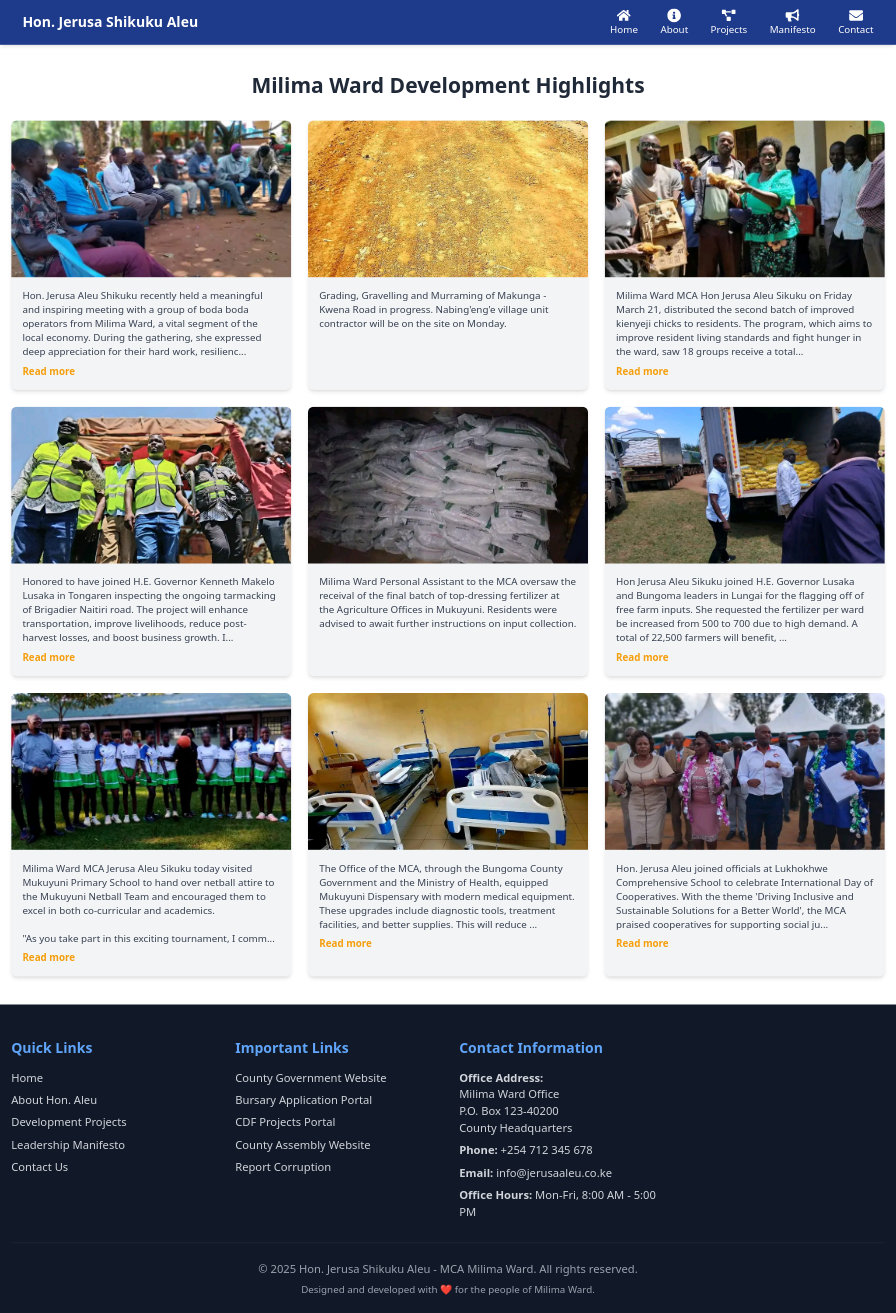
Repository: Engineer-collo/Hon_Jerusa_Shikuku_Aleu
Page: /projects
An editor plug-in stored every save of this project. The page is shown before and after the next save, followed by the edit.
The browser window is 1280 px wide. The pictures show the whole page, at 70% of full size.
The project was rebuilt for these pictures with package versions that can differ from the ones it lists, and the page was loaded fresh each time. Also part of the build but not shown: vite.config.js, src/Hero.jsx, src/Home.jsx, src/About.jsx, src/Manifesto.jsx, src/Contact.jsx.

Above is the page before, as saved 2025-07-18 18:09:02.

### index.html
<!DOCTYPE html>
<html lang="en">
<head>
  <meta charset="UTF-8">
  <meta name="viewport" content="width=device-width, initial-scale=1.0">
  <title>React Vite Starter</title>
</head>
<body class="bg-gray-100">
  <div id="root"></div>
  <script type="module" src="/src/main.jsx"></script>
</body>
</html>

### src/main.jsx
import React from 'react'
import ReactDOM from 'react-dom/client'
import './index.css'
import App from './App'

ReactDOM.createRoot(document.getElementById('root')).render(
  <React.StrictMode>
    <App />
  </React.StrictMode>,
)

### src/App.jsx
import React from 'react';
import { BrowserRouter as Router, Routes, Route } from 'react-router-dom';
import Footer from './Footer';
import Navbar from './Navbar';
import Homepage from './Home';
import About from './About';
import Projects from './Projects';
import Manifesto from './Manifesto';
import Contact from './Contact';

function App() {
  return (
    <Router>
      <div className="min-h-screen w-full overflow-x-hidden bg-gray-50 flex flex-col">
        <Navbar />
        <div className="flex-1 flex flex-col">
          <Routes>
            <Route path="/" element={<Homepage />} />
            <Route path="/about" element={<About />} />
            <Route path="/projects" element={<Projects />} />
            <Route path="/manifesto" element={<Manifesto />} />
            <Route path="/contact" element={<Contact />} />
          </Routes>
        </div>
        <Footer />
      </div>
    </Router>
  );
}

export default App;

### src/Footer.jsx
import React from 'react';
import { Link } from 'react-router-dom';

const Footer = () => {
  return (
    <footer className="bg-gray-900 text-white pt-12 pb-6 w-full">
      <div className="w-full px-4">
        <div className="grid grid-cols-1 md:grid-cols-2 lg:grid-cols-4 gap-8 w-full">


          {/* Quick Links */}
          <div>
            <h3 className="text-xl font-bold mb-4 text-blue-400">Quick Links</h3>
            <ul className="space-y-2">
              <li>
                <Link to="/" className="text-gray-300 hover:text-white transition-colors duration-300">
                  Home
                </Link>
              </li>
              <li>
                <Link to="/about" className="text-gray-300 hover:text-white transition-colors duration-300">
                  About Hon. Aleu
                </Link>
              </li>
              <li>
                <Link to="/projects" className="text-gray-300 hover:text-white transition-colors duration-300">
                  Development Projects
                </Link>
              </li>
              <li>
                <Link to="/manifesto" className="text-gray-300 hover:text-white transition-colors duration-300">
                  Leadership Manifesto
                </Link>
              </li>
              <li>
                <Link to="/contact" className="text-gray-300 hover:text-white transition-colors duration-300">
                  Contact Us
                </Link>
              </li>
            </ul>
          </div>

          {/* Important Links */}
          <div>
            <h3 className="text-xl font-bold mb-4 text-blue-400">Important Links</h3>
            <ul className="space-y-2">
              <li>
                <a href="#" className="text-gray-300 hover:text-white transition-colors duration-300">
                  County Government Website
                </a>
              </li>
              <li>
                <a href="#" className="text-gray-300 hover:text-white transition-colors duration-300">
                  Bursary Application Portal
                </a>
              </li>
              <li>
                <a href="#" className="text-gray-300 hover:text-white transition-colors duration-300">
                  CDF Projects Portal
                </a>
              </li>
              <li>
                <a href="#" className="text-gray-300 hover:text-white transition-colors duration-300">
                  County Assembly Website
                </a>
              </li>
              <li>
                <a href="#" className="text-gray-300 hover:text-white transition-colors duration-300">
                  Report Corruption
                </a>
              </li>
            </ul>
          </div>

          {/* Contact Info */}
          <div>
            <h3 className="text-xl font-bold mb-4 text-blue-400">Contact Information</h3>
            <address className="not-italic text-gray-300">
              <div className="mb-2">
                <strong>Office Address:</strong><br />
                Milima Ward Office<br />
                P.O. Box 123-40200<br />
                County Headquarters
              </div>
              <div className="mb-2">
                <strong>Phone:</strong> +254 712 345 678
              </div>
              <div className="mb-2">
                <strong>Email:</strong> info@jerusaaleu.co.ke
              </div>
              <div>
                <strong>Office Hours:</strong> Mon-Fri, 8:00 AM - 5:00 PM
              </div>
            </address>
          </div>
        </div>

        {/* Copyright */}
        <div className="border-t border-gray-800 mt-8 pt-6 text-center text-gray-400">
          <p>
            &copy; {new Date().getFullYear()} Hon. Jerusa Shikuku Aleu - MCA Milima Ward. All rights reserved.
          </p>
          <p className="mt-2 text-sm">
            Designed and developed with ❤️ for the people of Milima Ward.
          </p>
        </div>
      </div>
    </footer>
  );
};

export default Footer;

### src/Navbar.jsx
import React, { useState } from 'react';
import { Link } from 'react-router-dom';
import { FaHome, FaInfoCircle, FaProjectDiagram, FaBullhorn, FaEnvelope } from 'react-icons/fa';

const Navbar = () => {
  const [isOpen, setIsOpen] = useState(false);

  return (
    <nav className="bg-blue-900 text-white sticky top-0 z-50 shadow-md">
      <div className="max-w-7xl mx-auto px-4 sm:px-6 lg:px-8">
        <div className="flex justify-between h-16 items-center">
          {/* Logo / Name */}
          <div className="flex-shrink-0 text-xl font-bold">
            <Link to="/" className="hover:underline">Hon. Jerusa Shikuku Aleu</Link>
          </div>

          {/* Desktop Nav with icons on top */}
          <div className="hidden md:flex gap-8 items-center text-sm text-center">
            <Link to="/" className="flex flex-col items-center hover:text-amber-400 transition">
              <FaHome className="text-xl" />
              Home
            </Link>
            <Link to="/about" className="flex flex-col items-center hover:text-amber-400 transition">
              <FaInfoCircle className="text-xl" />
              About
            </Link>
            <Link to="/projects" className="flex flex-col items-center hover:text-amber-400 transition">
              <FaProjectDiagram className="text-xl" />
              Projects
            </Link>
            <Link to="/manifesto" className="flex flex-col items-center hover:text-amber-400 transition">
              <FaBullhorn className="text-xl" />
              Manifesto
            </Link>
            <Link to="/contact" className="flex flex-col items-center hover:text-amber-400 transition">
              <FaEnvelope className="text-xl" />
              Contact
            </Link>
          </div>

          {/* Mobile Toggle Button */}
          <div className="md:hidden">
            <button
              onClick={() => setIsOpen(!isOpen)}
              type="button"
              className="text-white focus:outline-none"
            >
              <svg className="h-6 w-6" fill="none" stroke="currentColor" viewBox="0 0 24 24">
                {isOpen ? (
                  <path strokeLinecap="round" strokeLinejoin="round" strokeWidth={2} d="M6 18L18 6M6 6l12 12" />
                ) : (
                  <path strokeLinecap="round" strokeLinejoin="round" strokeWidth={2} d="M4 6h16M4 12h16M4 18h16" />
                )}
              </svg>
            </button>
          </div>
        </div>
      </div>

      {/* Mobile Nav with inline icons */}
      {isOpen && (
        <div className="md:hidden px-4 pb-4 space-y-2 bg-blue-900">
          <Link to="/" className="flex items-center gap-2 hover:text-amber-400">
            <FaHome /> Home
          </Link>
          <Link to="/about" className="flex items-center gap-2 hover:text-amber-400">
            <FaInfoCircle /> About
          </Link>
          <Link to="/projects" className="flex items-center gap-2 hover:text-amber-400">
            <FaProjectDiagram /> Projects
          </Link>
          <Link to="/manifesto" className="flex items-center gap-2 hover:text-amber-400">
            <FaBullhorn /> Manifesto
          </Link>
          <Link to="/contact" className="flex items-center gap-2 hover:text-amber-400">
            <FaEnvelope /> Contact
          </Link>
        </div>
      )}
    </nav>
  );
};

export default Navbar;

Loaded but not shown: src/index.css (common file); tailwind.config.js (common file); src/Projects.jsx (371 lines, source omitted)

After the next save:
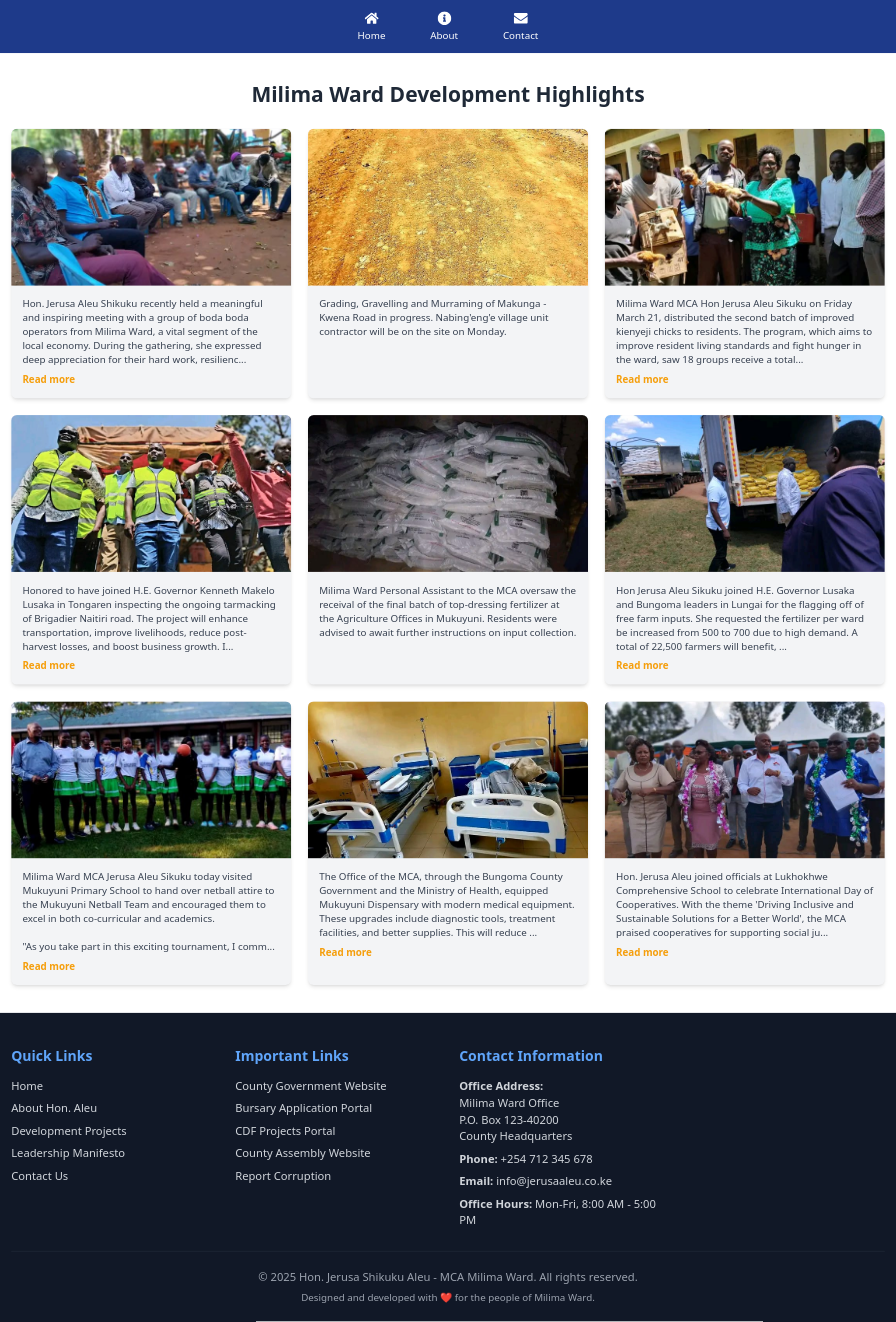
Saved 77 s later.
--- a/src/Navbar.jsx
+++ b/src/Navbar.jsx
@@ -1,83 +1,57 @@
 import React, { useState } from 'react';
 import { Link } from 'react-router-dom';
-import { FaHome, FaInfoCircle, FaProjectDiagram, FaBullhorn, FaEnvelope } from 'react-icons/fa';
+import { FaHome, FaInfoCircle, FaEnvelope, FaBars, FaTimes } from 'react-icons/fa';
 
 const Navbar = () => {
   const [isOpen, setIsOpen] = useState(false);
 
+  const toggleMenu = () => setIsOpen(!isOpen);
+
   return (
-    <nav className="bg-blue-900 text-white sticky top-0 z-50 shadow-md">
-      <div className="max-w-7xl mx-auto px-4 sm:px-6 lg:px-8">
-        <div className="flex justify-between h-16 items-center">
-          {/* Logo / Name */}
-          <div className="flex-shrink-0 text-xl font-bold">
-            <Link to="/" className="hover:underline">Hon. Jerusa Shikuku Aleu</Link>
-          </div>
+    <>
+      {/* Mobile Menu Toggle */}
+      <div className="md:hidden p-4 flex justify-between items-center bg-blue-900 text-white">
+        <h1 className="text-xl font-bold">My Site</h1>
+        <button onClick={toggleMenu}>
+          {isOpen ? <FaTimes size={24} /> : <FaBars size={24} />}
+        </button>
+      </div>
 
-          {/* Desktop Nav with icons on top */}
-          <div className="hidden md:flex gap-8 items-center text-sm text-center">
-            <Link to="/" className="flex flex-col items-center hover:text-amber-400 transition">
-              <FaHome className="text-xl" />
-              Home
+      {/* Mobile Sidebar */}
+      {isOpen && (
+        <div className="md:hidden fixed top-0 left-0 h-full w-3/4 bg-blue-800 text-white p-6 z-50 transition-all">
+          <div className="flex flex-col space-y-6 text-lg">
+            <Link to="/" onClick={toggleMenu} className="flex items-center gap-3">
+              <FaHome /> Home
             </Link>
-            <Link to="/about" className="flex flex-col items-center hover:text-amber-400 transition">
-              <FaInfoCircle className="text-xl" />
-              About
+            <Link to="/about" onClick={toggleMenu} className="flex items-center gap-3">
+              <FaInfoCircle /> About
             </Link>
-            <Link to="/projects" className="flex flex-col items-center hover:text-amber-400 transition">
-              <FaProjectDiagram className="text-xl" />
-              Projects
-            </Link>
-            <Link to="/manifesto" className="flex flex-col items-center hover:text-amber-400 transition">
-              <FaBullhorn className="text-xl" />
-              Manifesto
-            </Link>
-            <Link to="/contact" className="flex flex-col items-center hover:text-amber-400 transition">
-              <FaEnvelope className="text-xl" />
-              Contact
+            <Link to="/contact" onClick={toggleMenu} className="flex items-center gap-3">
+              <FaEnvelope /> Contact
             </Link>
           </div>
+        </div>
+      )}
 
-          {/* Mobile Toggle Button */}
-          <div className="md:hidden">
-            <button
-              onClick={() => setIsOpen(!isOpen)}
-              type="button"
-              className="text-white focus:outline-none"
-            >
-              <svg className="h-6 w-6" fill="none" stroke="currentColor" viewBox="0 0 24 24">
-                {isOpen ? (
-                  <path strokeLinecap="round" strokeLinejoin="round" strokeWidth={2} d="M6 18L18 6M6 6l12 12" />
-                ) : (
-                  <path strokeLinecap="round" strokeLinejoin="round" strokeWidth={2} d="M4 6h16M4 12h16M4 18h16" />
-                )}
-              </svg>
-            </button>
-          </div>
+      {/* Desktop Navbar */}
+      <div className="hidden md:flex justify-center bg-blue-900 text-white py-4">
+        <div className="flex gap-16 text-center">
+          <Link to="/" className="flex flex-col items-center hover:text-amber-400 transition">
+            <FaHome size={20} />
+            <span className="mt-1 text-sm">Home</span>
+          </Link>
+          <Link to="/about" className="flex flex-col items-center hover:text-amber-400 transition">
+            <FaInfoCircle size={20} />
+            <span className="mt-1 text-sm">About</span>
+          </Link>
+          <Link to="/contact" className="flex flex-col items-center hover:text-amber-400 transition">
+            <FaEnvelope size={20} />
+            <span className="mt-1 text-sm">Contact</span>
+          </Link>
         </div>
       </div>
-
-      {/* Mobile Nav with inline icons */}
-      {isOpen && (
-        <div className="md:hidden px-4 pb-4 space-y-2 bg-blue-900">
-          <Link to="/" className="flex items-center gap-2 hover:text-amber-400">
-            <FaHome /> Home
-          </Link>
-          <Link to="/about" className="flex items-center gap-2 hover:text-amber-400">
-            <FaInfoCircle /> About
-          </Link>
-          <Link to="/projects" className="flex items-center gap-2 hover:text-amber-400">
-            <FaProjectDiagram /> Projects
-          </Link>
-          <Link to="/manifesto" className="flex items-center gap-2 hover:text-amber-400">
-            <FaBullhorn /> Manifesto
-          </Link>
-          <Link to="/contact" className="flex items-center gap-2 hover:text-amber-400">
-            <FaEnvelope /> Contact
-          </Link>
-        </div>
-      )}
-    </nav>
+    </>
   );
 };
 
